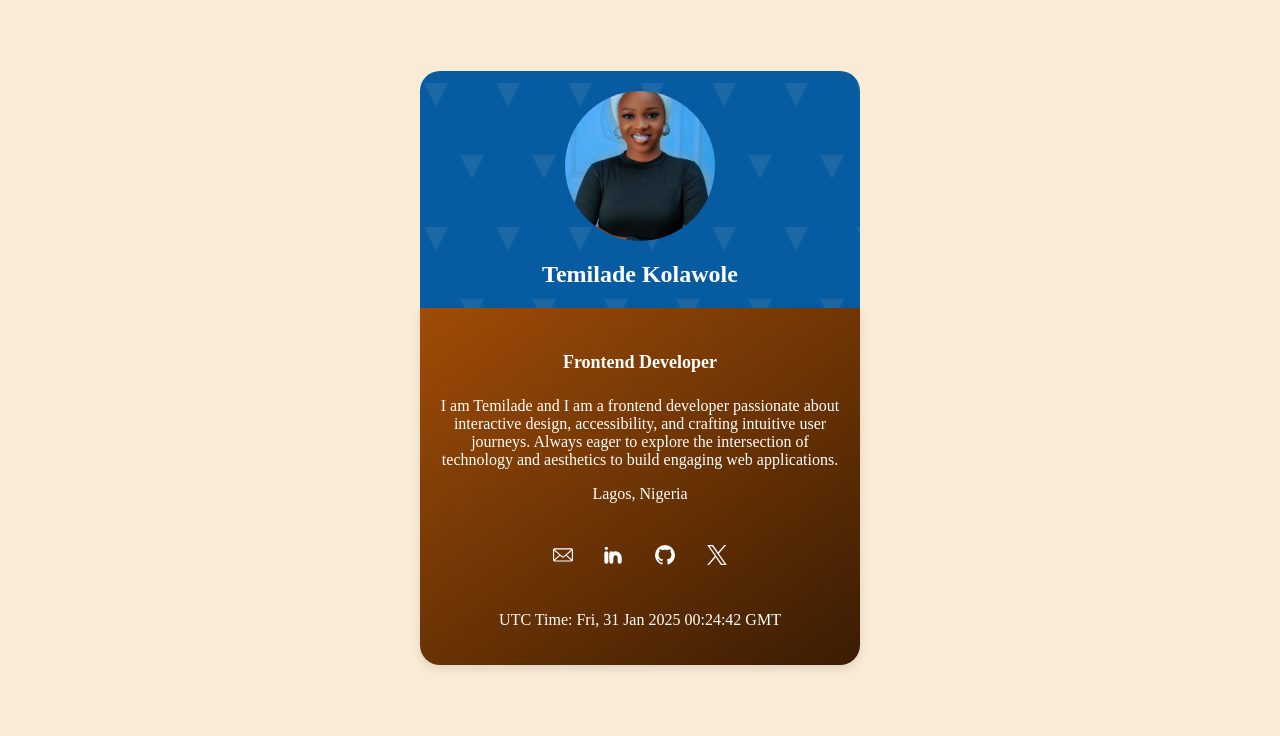
Repository: KolawoleTemilade/ticket-guarantor
Page: profilecard/index..html
These files come from the project's save history. The page is drawn as it stood at one moment and after the next save; the edit follows.
The browser window is 1280 px wide. The pictures show the whole page.

Above is the page before, as saved 2025-02-05 01:39:38.

### profilecard/index..html
<!DOCTYPE html>
<html lang="en">
  <head>
    <meta charset="UTF-8" />
    <meta name="viewport" content="width=device-width, initial-scale=1.0" />
    <title>Profile Card</title>
    <link rel="stylesheet" href="style.css" />
  </head>
  <body>
    <section class=" ">
      <div class="background" style="background-image: url('./asset/bgo.svg')">
        <img
          src="./asset/profile.jpg"
          alt="Profile Picture"
          data-testid="profilePicture"
        />
        <h2 class="fullname" data-testid="fullName">Temilade Kolawole</h2>
      </div>
      <div class="card">
        <h4 data-testid="jobTitle">Frontend Developer</h4>
        <p data-testid="shortBio">
          I am Temilade and I am a frontend developer passionate about
          interactive design, accessibility, and crafting intuitive user
          journeys. Always eager to explore the intersection of technology and
          aesthetics to build engaging web applications.
        </p>
        <p data-testid="currentLocation">Lagos, Nigeria</p>

        <div class="social-links" data-testid="socialLinks">
          <p data-testid="emailAddress">
            <a href="mailto:temiladekolawole008@gmail.com" target="_blank">
              <img src="./asset/email.svg" alt="email- image">
            </a>
          </p>

          <a
            href="https://linkedin.com/in/kolawoleTemilade13"
            target="_blank"
            class="socials"
          >
            <img src="./asset/linkedin.svg" alt=" linkedin image" /></a
          >
          <a href="https://github.com/kolawoleTemilade" target="_blank"
            ><img src="./asset/github.svg" alt="Github-image"></a
          >
          <a
            href="https://twitter.com/temmie415"
            target="_blank"
            class="socials"
          >
            <img src="./asset/twitter.svg" alt=" twitter image"
          /></a>
        </div>
        <p data-testid="currentTimeUTC" id="utcTime"></p>
      </div>
    </section>

    <script>
      // Update UTC time every second
      function updateTime() {
        const utcTime = new Date().toUTCString();
        document.getElementById("utcTime").textContent = `UTC Time: ${utcTime}`;
      }

      // Initial call and set interval
      updateTime();
      setInterval(updateTime, 1000);
    </script>
  </body>
</html>

### profilecard/style.css
body {
  display: flex;
  align-items: center;
  justify-content: center;
  height: 100vh;
  border-radius: 10px;
  background-color: antiquewhite;
}

.card {
  background: #fff;
  padding: 20px;
  border-radius: 0 0 20px 20px;
  box-shadow: 0 4px 8px rgba(0, 0, 0, 0.1);
  text-align: center;
  max-width: 400px;
  width: 100%;
  background: linear-gradient(145deg, #a04c07, #3a1c03);
}
.card p,
.card h4 {
  color: #fff;
}
.card h4 {
  font-size: 18px;
}
.background {
  width: 100%;
  padding: 0;
  display: flex;
  flex-direction: column;
  justify-content: center;
  align-items: center;
  border-radius: 20px 20px 0 0;
}
.background > img {
  width: 150px;
  height: 150px;
  border: ;
  border-radius: 50%;
  object-fit: cover;
  margin-top: 20px;
}
.fullname {
  color: #fff;
  font-size: 24px;
}

.social-links {
  display: flex;
  justify-content: center;
  align-items: center;
  gap: 20px;
  margin: 15px auto;
  padding: 10px 0;
  width: 100%;
}

a {
  margin: 0 5px;
  text-decoration: none;
  color: white;
  transition: all 0.3s ease;
}

a:hover {
  color: #ffd700;
  transform: translateY(-2px);
}

.socials img {
  width: 20px;
  height: 20px;
}

### profilecard/asset/linkedin.svg
<svg width="10" height="10" viewBox="0 0 20 20" fill="none" xmlns="http://www.w3.org/2000/svg">
<path d="M3.33335 4.99999C4.25383 4.99999 5.00002 4.2538 5.00002 3.33332C5.00002 2.41285 4.25383 1.66666 3.33335 1.66666C2.41288 1.66666 1.66669 2.41285 1.66669 3.33332C1.66669 4.2538 2.41288 4.99999 3.33335 4.99999Z" fill="white"/>
<path d="M3.33331 8.33334V16.6667" stroke="white" stroke-width="4" stroke-linecap="round" stroke-linejoin="round"/>
<path d="M8.33331 8.33334V16.6667" stroke="white" stroke-width="4" stroke-linecap="round" stroke-linejoin="round"/>
<path d="M8.33331 12.5C8.33331 10.2 10.2 8.33334 12.5 8.33334C14.8 8.33334 16.6666 10.2 16.6666 12.5V16.6667" stroke="white" stroke-width="4" stroke-linecap="round" stroke-linejoin="round"/>
</svg>

### profilecard/asset/github.svg
<svg xmlns="http://www.w3.org/2000/svg" width="24" height="24" viewBox="0 0 24 24"><path fill="#ffffff" d="M12 2A10 10 0 0 0 2 12c0 4.42 2.87 8.17 6.84 9.5c.5.08.66-.23.66-.5v-1.69c-2.77.6-3.36-1.34-3.36-1.34c-.46-1.16-1.11-1.47-1.11-1.47c-.91-.62.07-.6.07-.6c1 .07 1.53 1.03 1.53 1.03c.87 1.52 2.34 1.07 2.91.83c.09-.65.35-1.09.63-1.34c-2.22-.25-4.55-1.11-4.55-4.92c0-1.11.38-2 1.03-2.71c-.1-.25-.45-1.29.1-2.64c0 0 .84-.27 2.75 1.02c.79-.22 1.65-.33 2.5-.33s1.71.11 2.5.33c1.91-1.29 2.75-1.02 2.75-1.02c.55 1.35.2 2.39.1 2.64c.65.71 1.03 1.6 1.03 2.71c0 3.82-2.34 4.66-4.57 4.91c.36.31.69.92.69 1.85V21c0 .27.16.59.67.5C19.14 20.16 22 16.42 22 12A10 10 0 0 0 12 2"/></svg>

### profilecard/asset/twitter.svg
<svg width="10" height="10" viewBox="0 0 20 20" fill="none" xmlns="http://www.w3.org/2000/svg">
<path d="M11.8619 8.46875L19.1472 0H17.4207L11.095 7.35313L6.04253 0H0.215027L7.85534 11.1194L0.215027 20H1.94159L8.6219 12.2348L13.9575 20H19.785L11.8614 8.46875H11.8619ZM9.49722 11.2172L8.723 10.11L2.56362 1.29969H5.2155L10.186 8.41L10.96 9.51719L17.4214 18.7594H14.7699L9.49722 11.2177V11.2172Z" fill="white"/>
</svg>

After the next save:
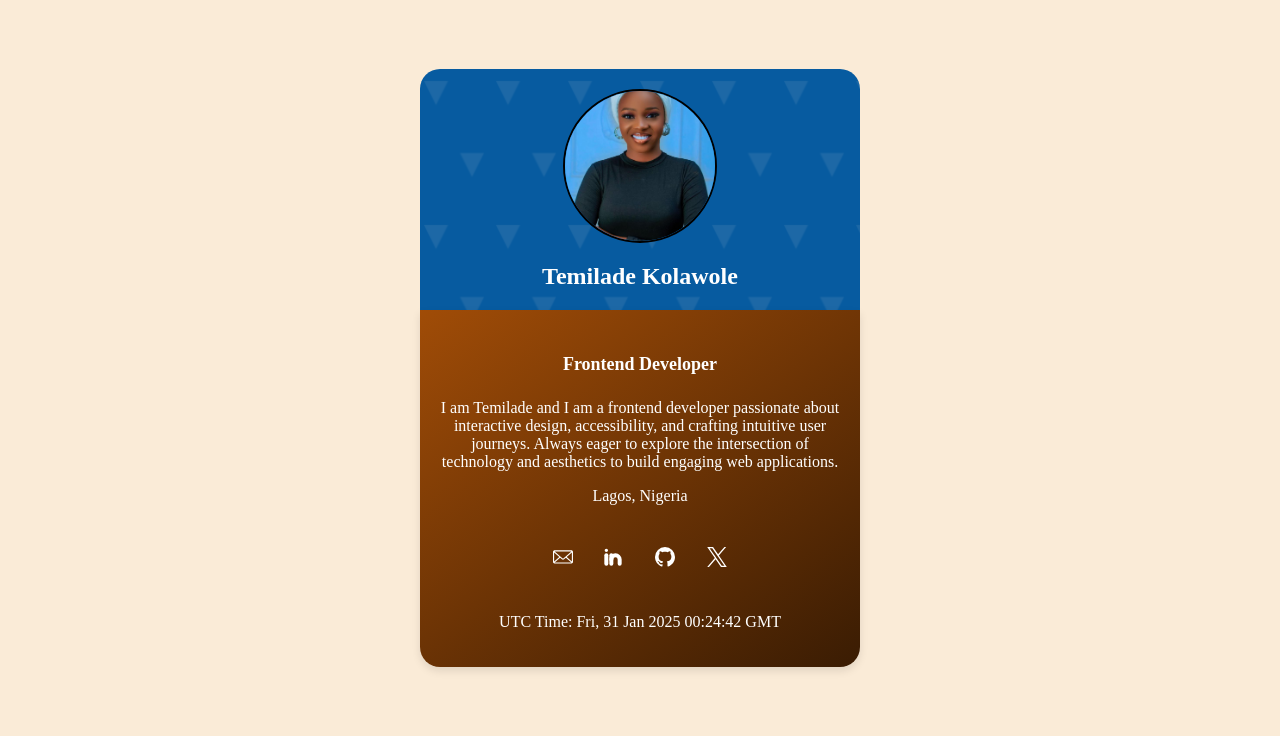
Saved 6 s later.
--- a/profilecard/style.css
+++ b/profilecard/style.css
@@ -36,7 +36,7 @@ body {
 .background > img {
   width: 150px;
   height: 150px;
-  border: ;
+  border: 2px solid;
   border-radius: 50%;
   object-fit: cover;
   margin-top: 20px;
